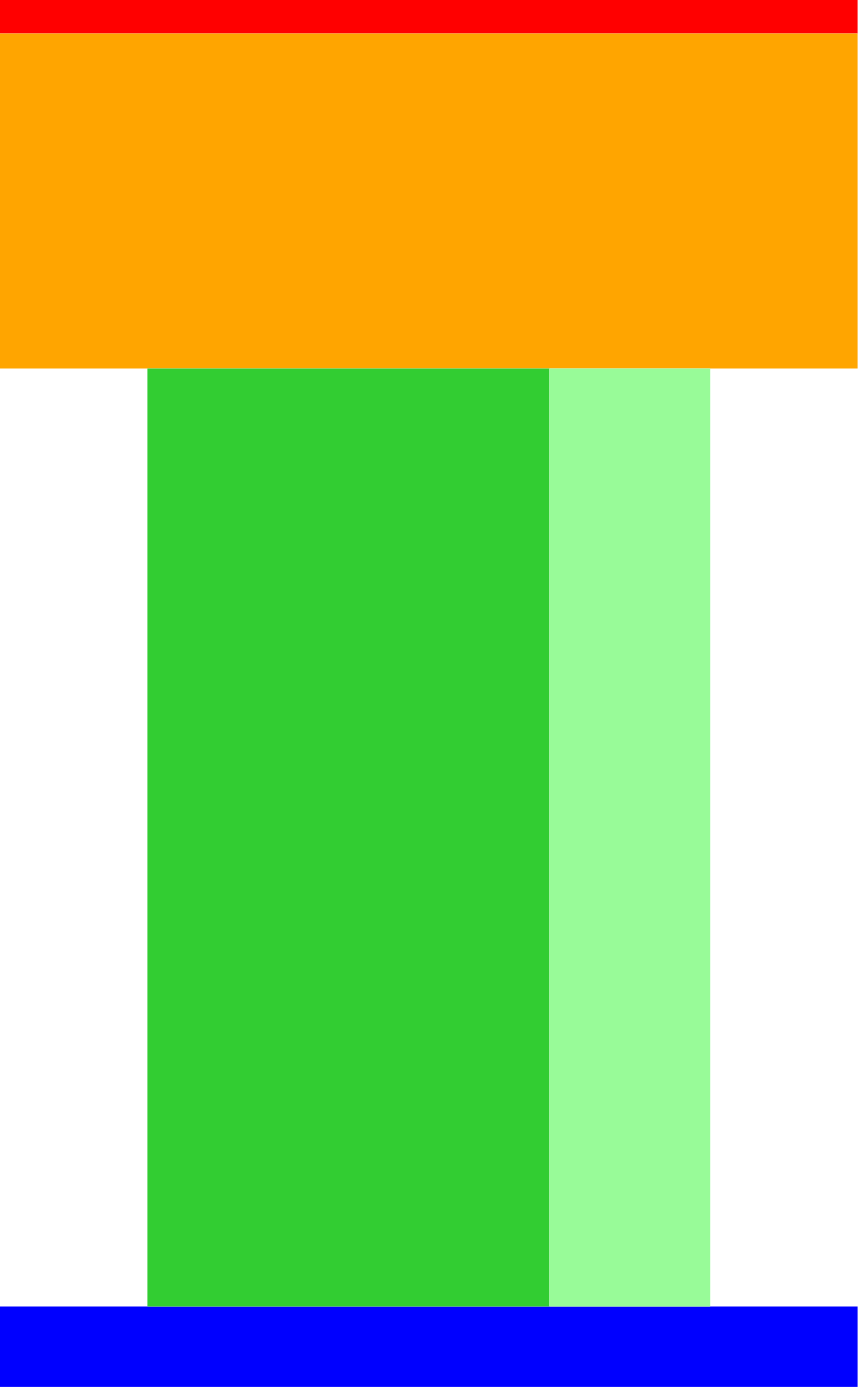
Repository: yuuyatada/API_sample_app
Page: htmlCP4/CP4index.html
The author's editor kept a record of every edit. The page is drawn from the files as they stood at one moment, then again after the next edit.
The browser window is 1280 px wide. The pictures show the whole page, at 67% of full size.

Above is the page before.

### htmlCP4/CP4index.html
<!DOCTYPE html>
<html lang="ja">
  <head>
    <meta charset="UTF-8" />
    <!-- CSSファイルの読み込み -->
    <link rel="stylesheet" href="CP4style.css" />
    <title>演習問題CP4</title>
  </head>
  <body>

  <!--header用のdiv-->
  <div class="header">

   <div class="header-top"></div>
   <div class="header-bottom"></div>

  </div>
  <!--main-visual用のdiv-->
  <div class="main-visual">

   <div class="main-visual-content"></div>

  </div>

<!--main用のdiv-->

<div class="main">

    <div class="blog"></div>

    <div class="sidebar"></div>

</div>

<!--footer用のdiv-->
<div class="footer"></div>

  </body>
</html>

### htmlCP4/CP4style.css
/* ブラウザがそれぞれ持っているCSSをリセットするための記述 */
* {
  margin: 0;
  padding: 0;
  box-sizing: border-box;
}

.header{
    width:100%;
    height:50px;
    background-color:red;
}


.main-visual{
    width:100%;
    height:500px;
    background-color:orange;
}

.main{
    width: 960px;/*横幅840px*/
    display: flex;/* Flexboxの利用 */
    justify-content:center;/*子要素の横並び・中央寄せ*/
    margin: 0  auto ; /*中央寄せ（左右に余白がないとできない）*/
}

.blog{
    width: 600px;/*横幅600px*/
    height: 1400px;/*高さ1400px*/
    background-color: limegreen;/*背景色にlimegreen*/

}
.sidebar{
    width: 240px;/*横幅240px*/
    height: 1400px;/*高さ1400px*/
    background-color: palegreen;/*背景色にpalegreen*/
}
.footer{
    width:100%;/*横幅いっぱい*/
    height:120px;/*高さ120px*/
    background-color: blue;/*背景色blue*/

}

After the next edit:
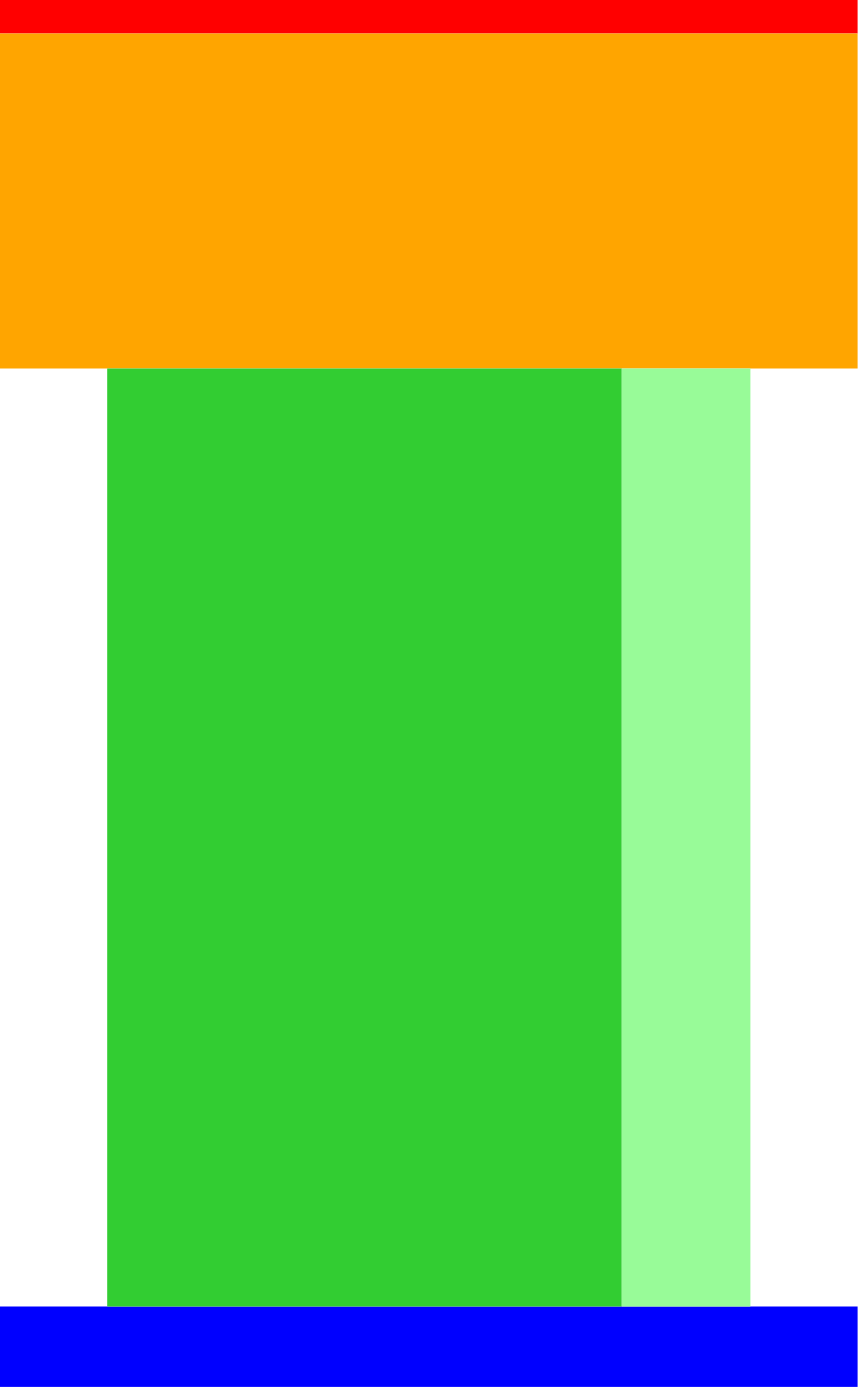
The edit:
--- a/htmlCP4/CP4style.css
+++ b/htmlCP4/CP4style.css
@@ -26,7 +26,7 @@
 }
 
 .blog{
-    width: 600px;/*横幅600px*/
+    width: 960px;/*横幅600px*/
     height: 1400px;/*高さ1400px*/
     background-color: limegreen;/*背景色にlimegreen*/
 
